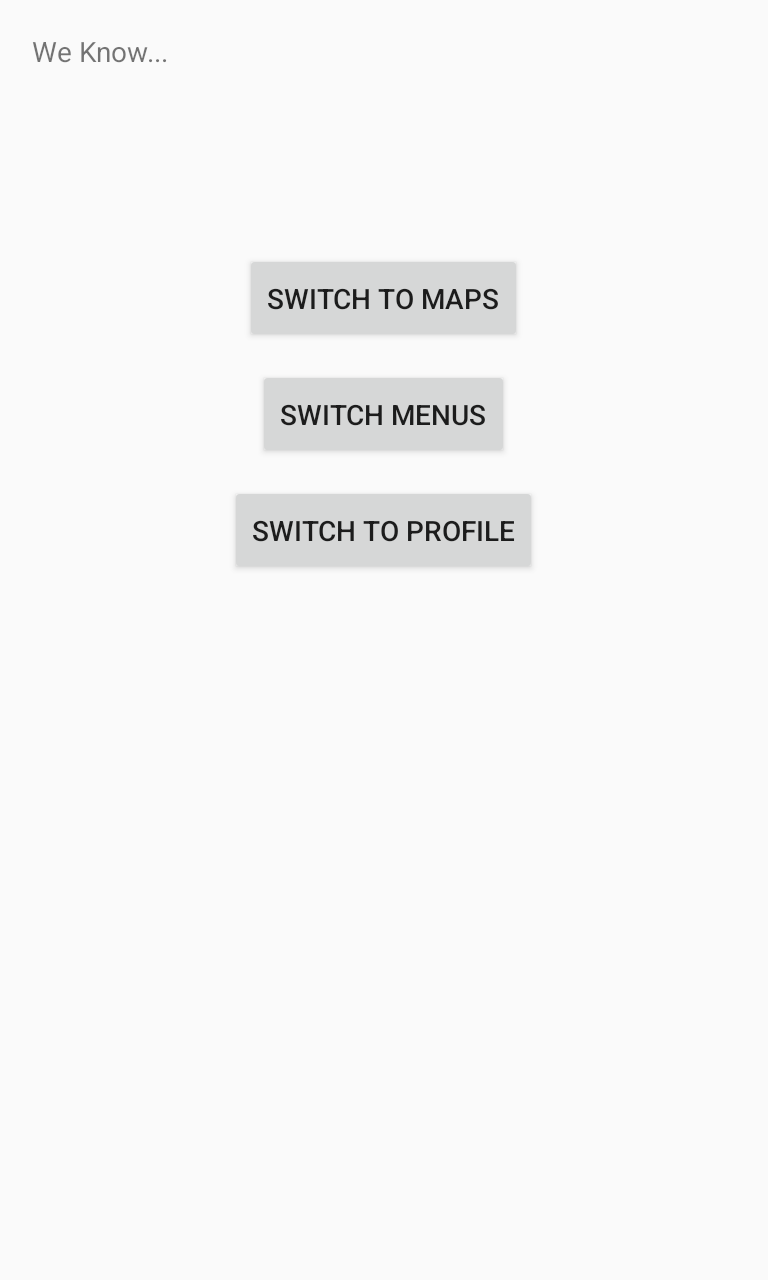
Repository: morgancundiff/TrollApp
Layout: Troll/res/layout/activity_main.xml
The author's editor kept a copy of each file at every save. The layout is drawn from the files as they stood at one save, then again after the next save.
It is drawn on a 768 x 1280 px phone screen (xhdpi) without system bars, with theme AppTheme; the app's code is not run.

Above is the layout before, as saved 2014-05-29 03:57:20.

After the next save:
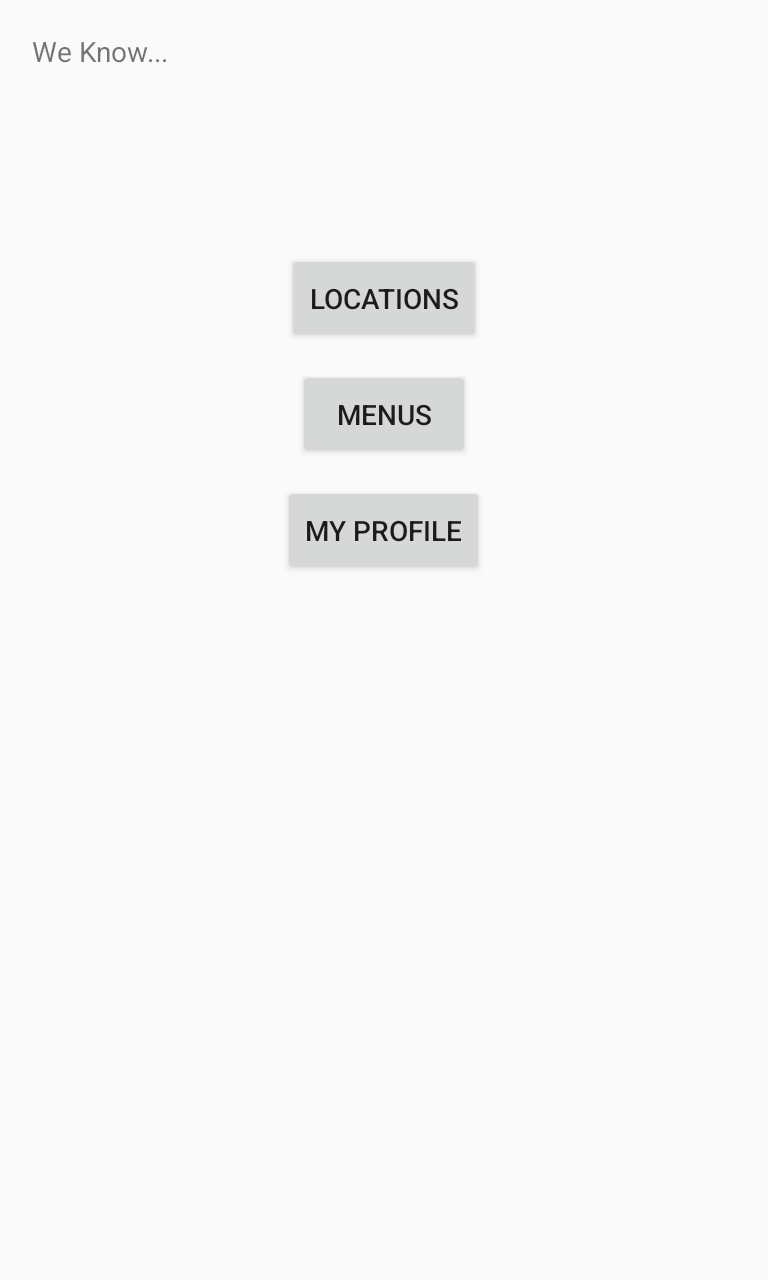
Saved 27 s later.
--- a/Troll/res/layout/activity_main.xml
+++ b/Troll/res/layout/activity_main.xml
@@ -20,7 +20,7 @@
         android:layout_below="@+id/factText"
         android:layout_centerHorizontal="true"
         android:layout_marginTop="90dp"
-        android:text="Switch to maps" />
+        android:text="Locations" />
 
     <Button
         android:id="@+id/menuBtn"
@@ -29,7 +29,7 @@
         android:layout_below="@+id/mapsBtn"
         android:layout_centerHorizontal="true"
         android:layout_marginTop="10dp"
-        android:text="Switch menus" />
+        android:text="Menus" />
 
     <Button
         android:id="@+id/profileBtn"
@@ -38,6 +38,6 @@
         android:layout_below="@+id/menuBtn"
         android:layout_centerHorizontal="true"
         android:layout_marginTop="10dp"
-        android:text="Switch to profile" />
+        android:text="My Profile" />
 
 </RelativeLayout>
